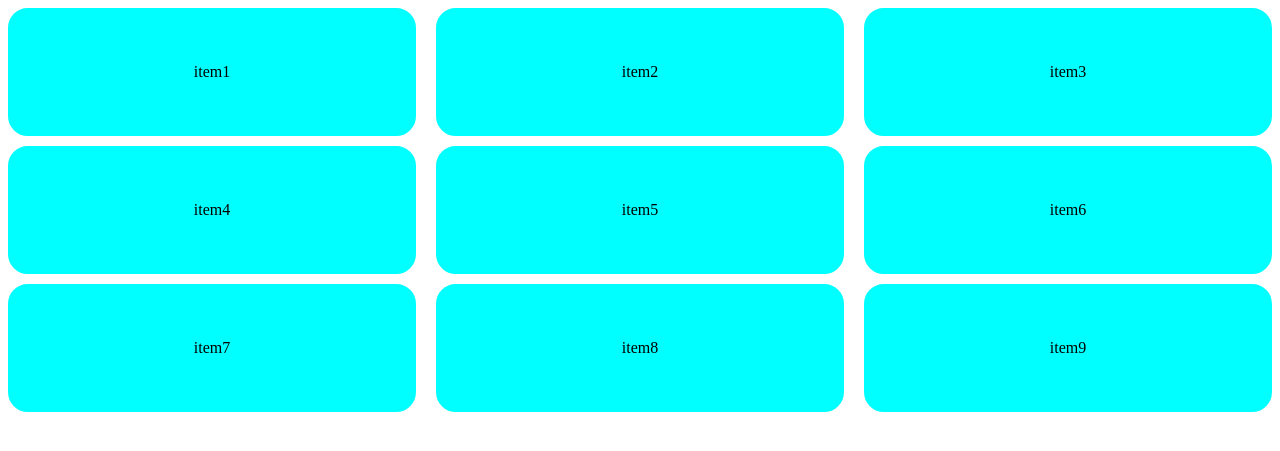
Repository: Pema-yangki/Css
Page: col.html
An editor plug-in stored every save of this project. The page is shown before and after the next save, followed by the edit.
The browser window is 1280 px wide. The pictures show the whole page.

Above is the page before, as saved 2024-04-05 14:47:55.

### col.html
<!DOCTYPE html>
<html lang="en">
<head>
    <meta charset="UTF-8">
    <meta name="viewport" content="width=device-width, initial-scale=1.0">
    <title>Document</title>
    <style>
        .grid{
            display: grid;
            grid-template-columns: auto auto auto;
            grid-template-rows: auto auto auto;
            row-gap: 10px;
            column-gap: 20px;
            /* grid-auto-columns: 150px; */
            grid-auto-flow: row;


        }
        .grid > div{
            padding: 50px;
            text-align:center ;
            background-color:aqua;
            border: 5px solid aqua;
            border-radius: 20px;
        }
        .item1{
            /* grid-area: 1/1/span 2/span 2; */
            /* grid-row: 1/ span 3; */
        }

        .item2{
            /* grid-column-start: 2; */
            /* grid-row-start: 2; */
            /* grid-column-end: span 3; */
        }

        /* .item9{
            grid-area: 3/3/span 1/ span 3;
        }
         */
    </style>
</head>
<body>
    <div class="grid">
    <div class="item1">item1</div>
    <div class="item2">item2</div>
    <div class="item3">item3</div>
    <div class="item4">item4</div>
    <div class="item5">item5</div>
    <div class="item6">item6</div>
    <div class="item7">item7</div>
    <div class="item8">item8</div>
    <div class="item9">item9</div>
    </div>

</body>
</html>

After the next save:
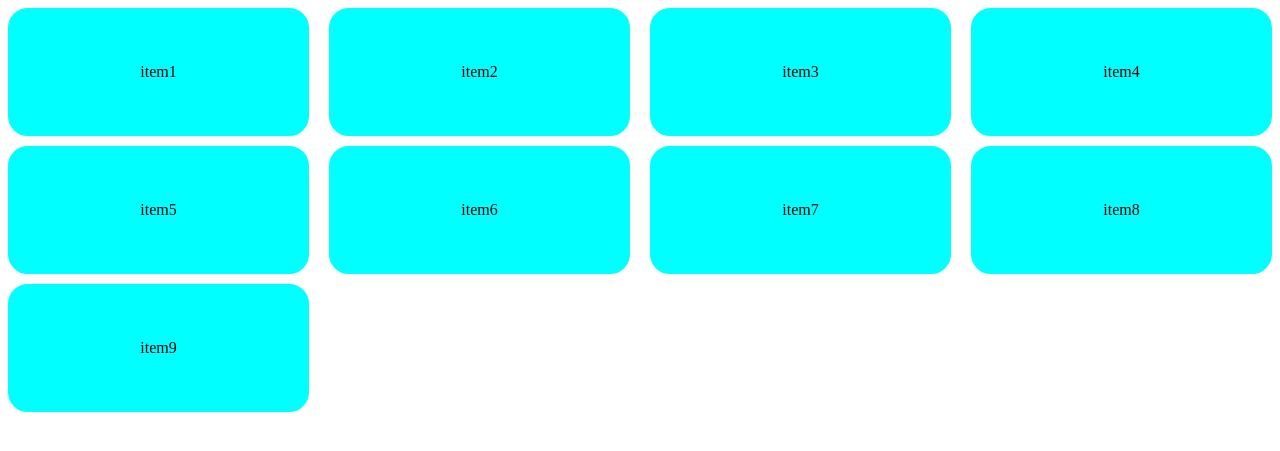
Saved 35 s later.
--- a/col.html
+++ b/col.html
@@ -7,7 +7,7 @@
     <style>
         .grid{
             display: grid;
-            grid-template-columns: auto auto auto;
+            grid-template-columns: auto auto auto auto;
             grid-template-rows: auto auto auto;
             row-gap: 10px;
             column-gap: 20px;

After the save that followed:
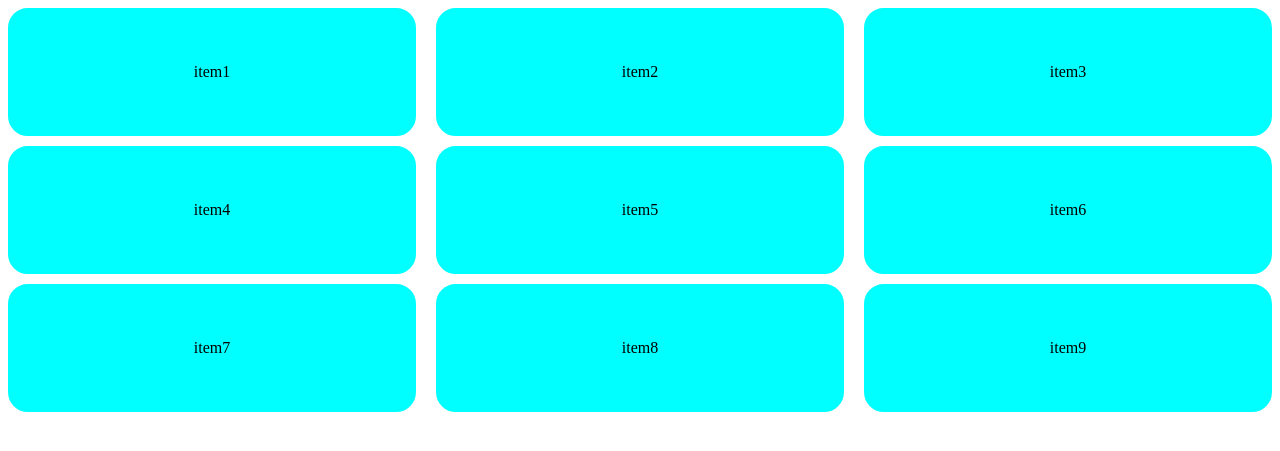
Saved 6 s later.
--- a/col.html
+++ b/col.html
@@ -7,7 +7,7 @@
     <style>
         .grid{
             display: grid;
-            grid-template-columns: auto auto auto auto;
+            grid-template-columns: auto auto auto;
             grid-template-rows: auto auto auto;
             row-gap: 10px;
             column-gap: 20px;
